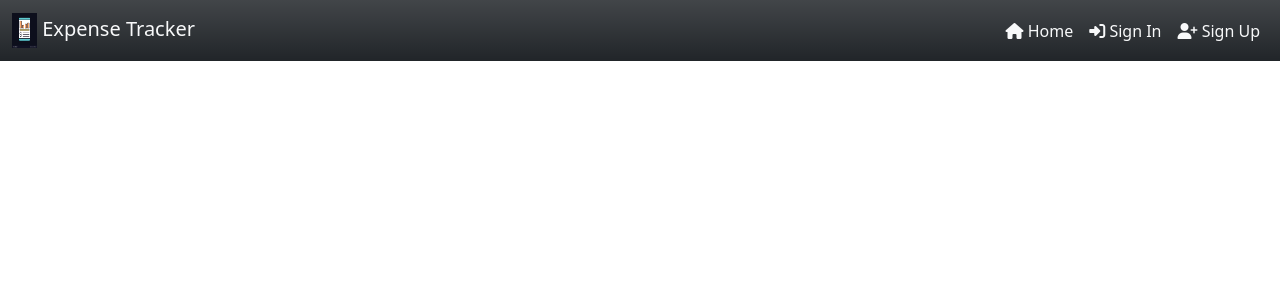
Repository: Gaurav560/OnlineExpenseTracker
Page: http://localhost/Online_Expense_Tracker/
These files come from the project's save history. The page is drawn as it stood at one moment and after the next save; the edit follows.
The browser window is 1280 px wide. The pictures show the whole page.
The page is served by Tomcat 9.

Above is the page before, as saved 2023-05-03 20:33:34.

After the next save:
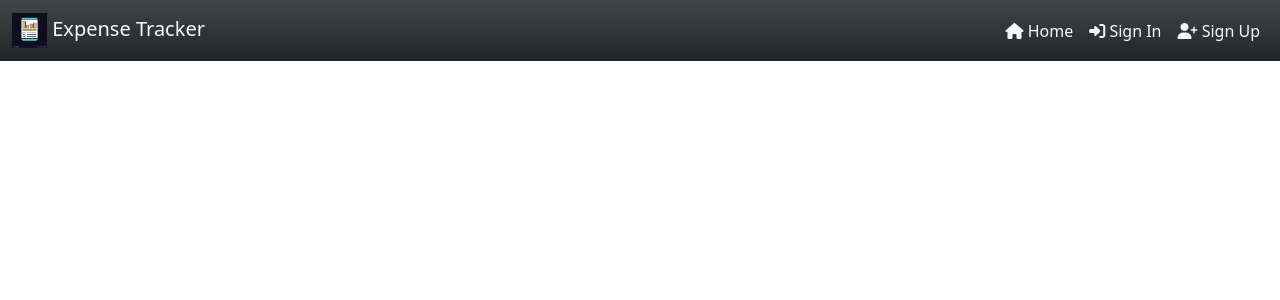
Saved 4 s later.
--- a/Online_Expense_Tracker/src/main/webapp/index.jsp
+++ b/Online_Expense_Tracker/src/main/webapp/index.jsp
@@ -28,7 +28,7 @@
 
 	<nav class="navbar navbar-expand-lg bg-dark  bg-gradient">
 		<div class="container-fluid">
-			<a class="navbar-brand text-light" href="#"><img src="img/expenseTracker.jpg" style="height:35px; width:25px;"> Expense Tracker</a>
+			<a class="navbar-brand text-light" href="#"><img src="img/expenseTracker.jpg" style="height:35px; width:35px;"> Expense Tracker</a>
 			<button class="navbar-toggler" type="button"
 				data-bs-toggle="collapse" data-bs-target="#navbarSupportedContent"
 				aria-controls="navbarSupportedContent" aria-expanded="false"
